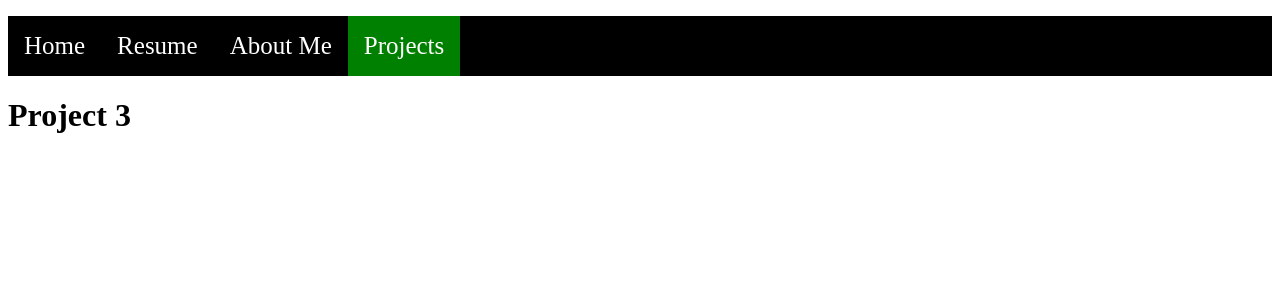
Repository: Coli-Pixel/Coli-Pixel.github.io
Page: project3.html
The author's editor kept a record of every edit. The page is drawn from the files as they stood at one moment, then again after the next edit.
The browser window is 1280 px wide. The pictures show the whole page.

Above is the page before.

### project3.html
<!DOCTYPE html>
<html>
    <head>
        <title>Home</title>
        <link rel="stylesheet" type="text/css" href="style.css">
    </head>
    <body>
        <ul class="navbar">
            <li ><a href="/index.html">Home</a></li>
            <li><a href="/resume.html">Resume</a></li>
            <li><a href="/about-me.html">About Me</a></li>
            <li class = "dropdown">
                <div class="active">Projects</div>
                <ul class="dropdown-content">
                    <li><a href="#">Project 1</a></li>
                    <li><a href="#">Project 2</a></li>
                    <li><a href="#">Project 3</a></li>
                </ul>
            </li>
        </ul>
        <h1>Project 3</h1>
    </body>
</html>

### style.css
            .navbar{
                list-style: none;
                background-color: black;
                overflow: hidden;
                padding: 0;
            }
            .navbar a, .dropdown div{
                text-decoration: none;
                color: white;
                font-size: 25px;
                padding:16px;
                display:inline-block;
            }
            .navbar li{
                float: left;
            }
            .navbar li:hover{
                background-color:goldenrod;
            }
            .dropdown-content{
                list-style:none;
                display: none;
                padding:0;
                position:absolute;
                z-index: 2;
                background-color: goldenrod;
            }
            .dropdown-content li{
                float:none;
                padding: 0;
            }
            .dropdown-content li:hover{
                background-color:red;
            }
            .dropdown:hover .dropdown-content{
                display:block;
            }
            .active{
                background-color: green;
            }

After the next edit:
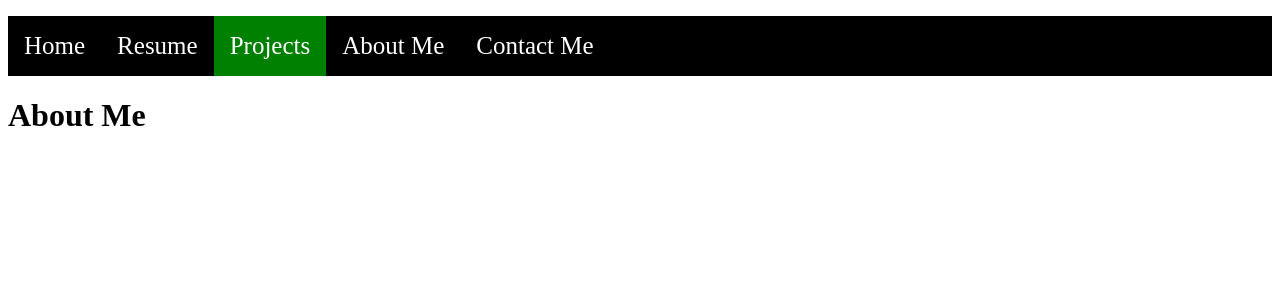
The edit:
--- a/project3.html
+++ b/project3.html
@@ -1,14 +1,13 @@
 <!DOCTYPE html>
 <html>
     <head>
-        <title>Home</title>
+        <title>Project 3</title>
         <link rel="stylesheet" type="text/css" href="style.css">
     </head>
     <body>
         <ul class="navbar">
             <li ><a href="/index.html">Home</a></li>
             <li><a href="/resume.html">Resume</a></li>
-            <li><a href="/about-me.html">About Me</a></li>
             <li class = "dropdown">
                 <div class="active">Projects</div>
                 <ul class="dropdown-content">
@@ -17,7 +16,9 @@
                     <li><a href="#">Project 3</a></li>
                 </ul>
             </li>
+            <li><a href="/about-me.html">About Me</a></li>
+            <li><a href="/contact-me.html">Contact Me</a></li>
         </ul>
-        <h1>Project 3</h1>
+        <h1>About Me</h1>
     </body>
 </html>
